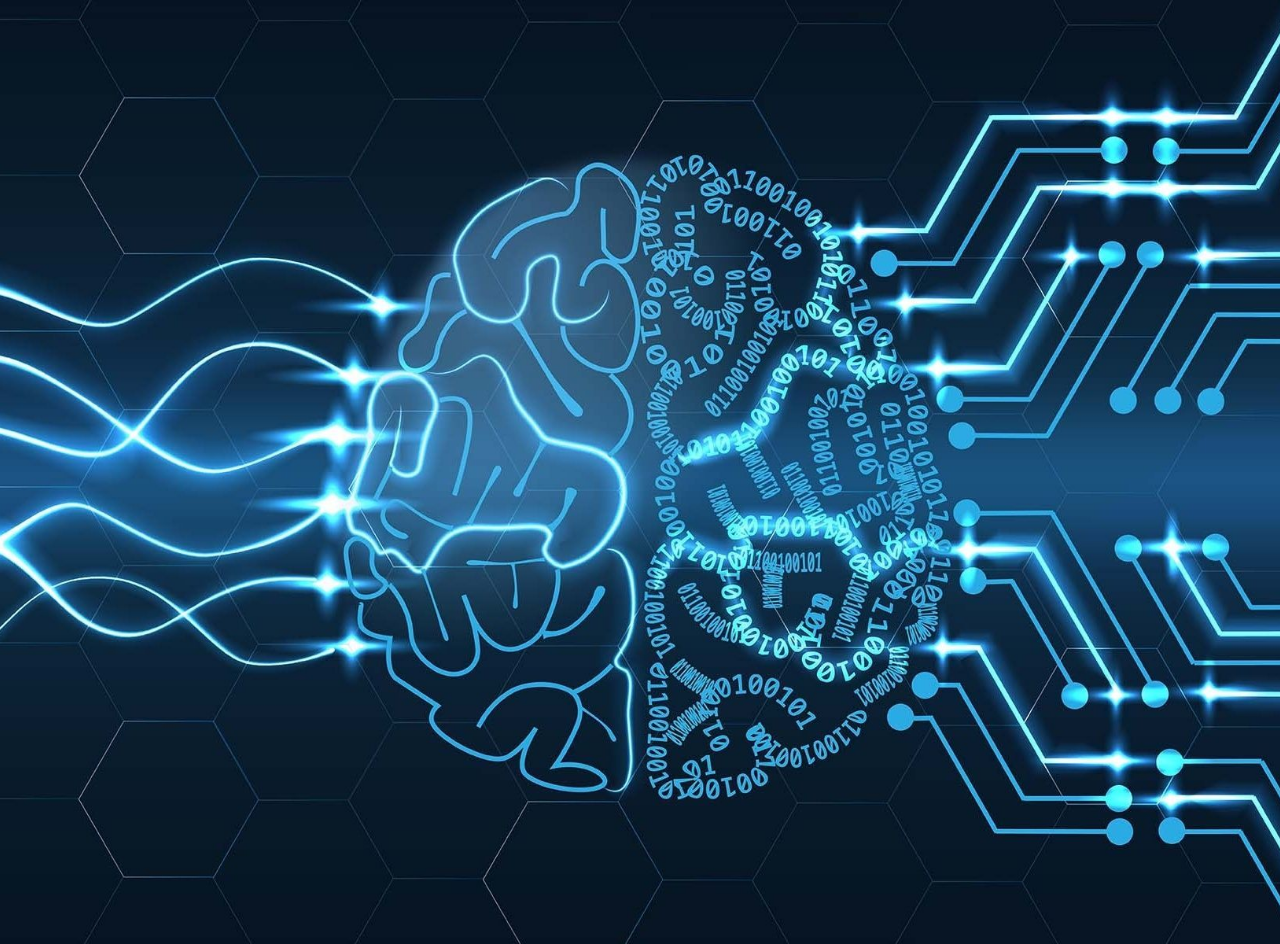
Repository: exiled-kal/messagAPPTOkenized
Page: /
These files come from the project's save history. The page is drawn as it stood at one moment and after the next save; the edit follows.
The browser window is 1280 px wide. The pictures show the whole page.
The project was rebuilt for these pictures with package versions that can differ from the ones it lists, and the page was loaded fresh each time. The framework's server and built-in components were replaced by stand-ins that run in the browser. Also part of the build but not shown: next.config.js.

Above is the page before, as saved 2021-12-17 21:56:39.

### pages/index.js
import Head from "next/head";
import Login from "../components/Login";

export default function Home() {
  const isAuthenticated = false;

  if (!isAuthenticated) return <Login />;

  return (
    <div className="h-screen">
      <Head>
        <title>MetaMessage App</title>
        <link rel="icon" href="/favicon.ico" />
      </Head>

      <h1>Welcome to the App</h1>
    </div>
  );
}

### components/Login.js
import Image from "next/image";
import token from "../images/token.png";
import crypto from "../images/Crypto.png";

function Login() {
  return (
    <div className="bg-black relative text-white">
      <h1>I am the login screen</h1>
      <div className="flex fke">
        <Image src={crypto} alt="" height={200} weight={200} />
        <button>Login to METAVerse</button>
      </div>
      <div className="w-ful h-screen">
        <Image src={token} alt="" layout="fill" objectFit="cover" />
      </div>
    </div>
  );
}

export default Login;

Loaded but not shown: pages/_app.js (common file); styles/globals.css (common file); tailwind.config.js (common file)

After the next save:
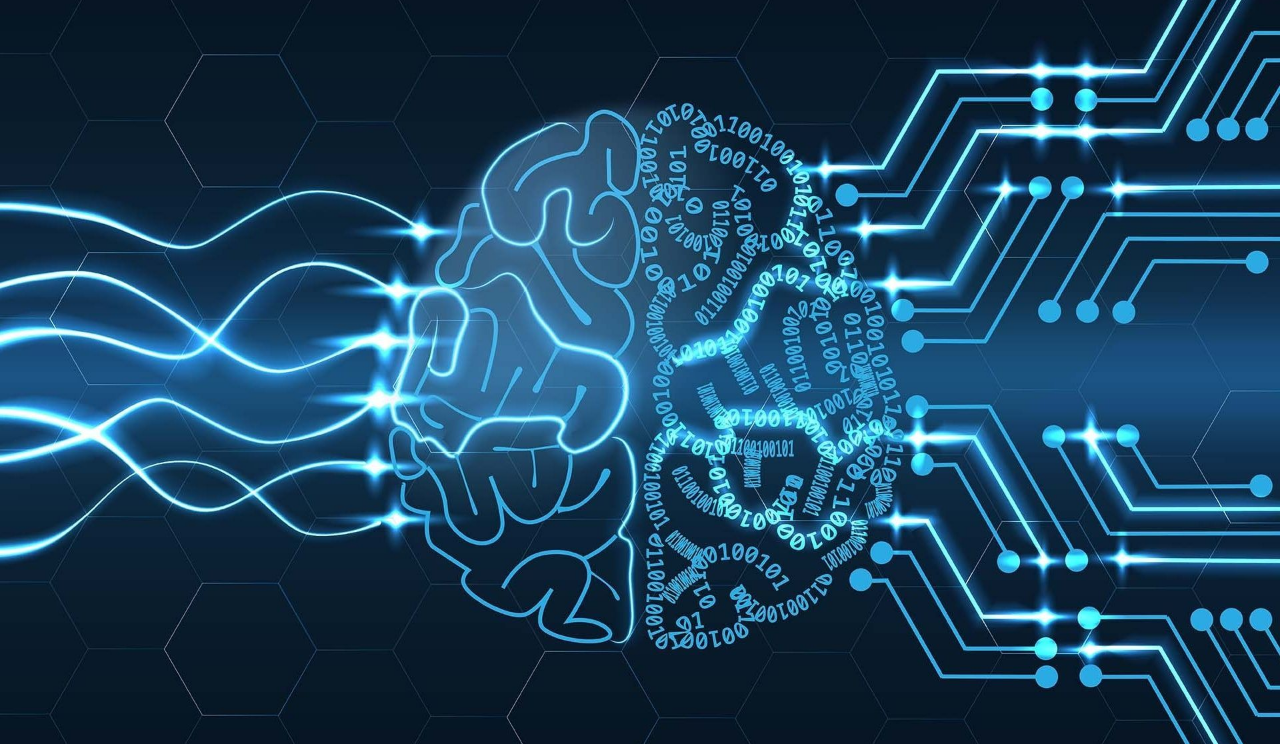
Saved 8 s later.
--- a/components/Login.js
+++ b/components/Login.js
@@ -6,7 +6,7 @@
   return (
     <div className="bg-black relative text-white">
       <h1>I am the login screen</h1>
-      <div className="flex fke">
+      <div className="flex flex-col absolute">
         <Image src={crypto} alt="" height={200} weight={200} />
         <button>Login to METAVerse</button>
       </div>
